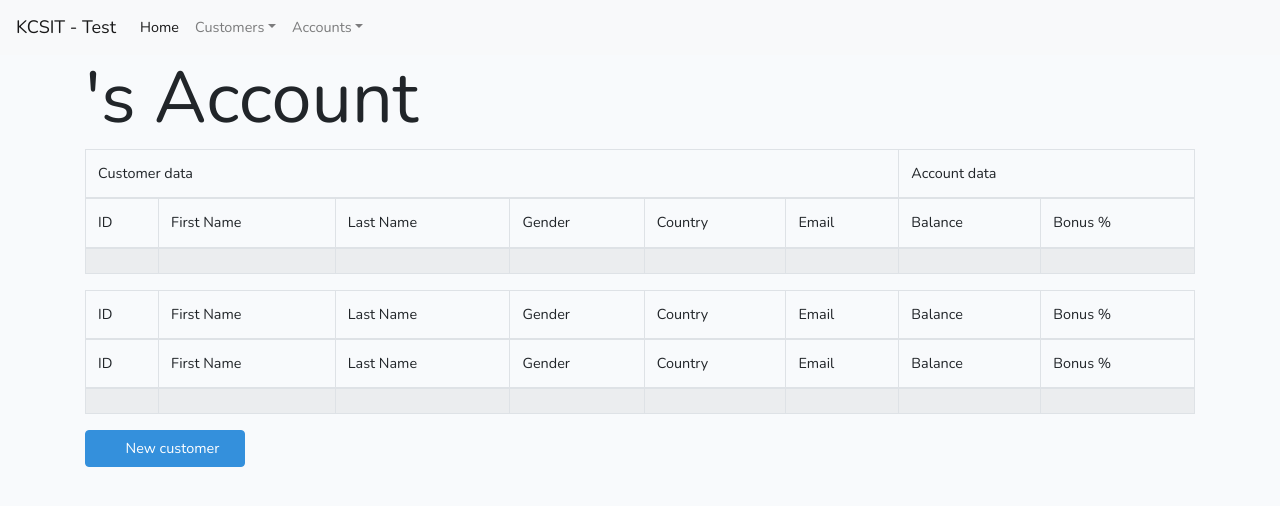
Repository: GilmarBrito/kcsit
Page: resources/views/accounts/index.blade.php
These files come from the project's save history. The page is drawn as it stood at one moment and after the next save; the edit follows.
The browser window is 1280 px wide. The pictures show the whole page.
The page is served by the project's Laravel application, run on PHP 8.4 with Laravel 8. Style sheets and scripts are compiled from the project's sources, by tool versions that may differ from the author's. The template is opened directly, without the code that normally fills it, so the values that code supplies are empty.

Above is the page before, as saved 2020-03-09 02:54:13.
Console error: ReferenceError: $ is not defined

After the next save:
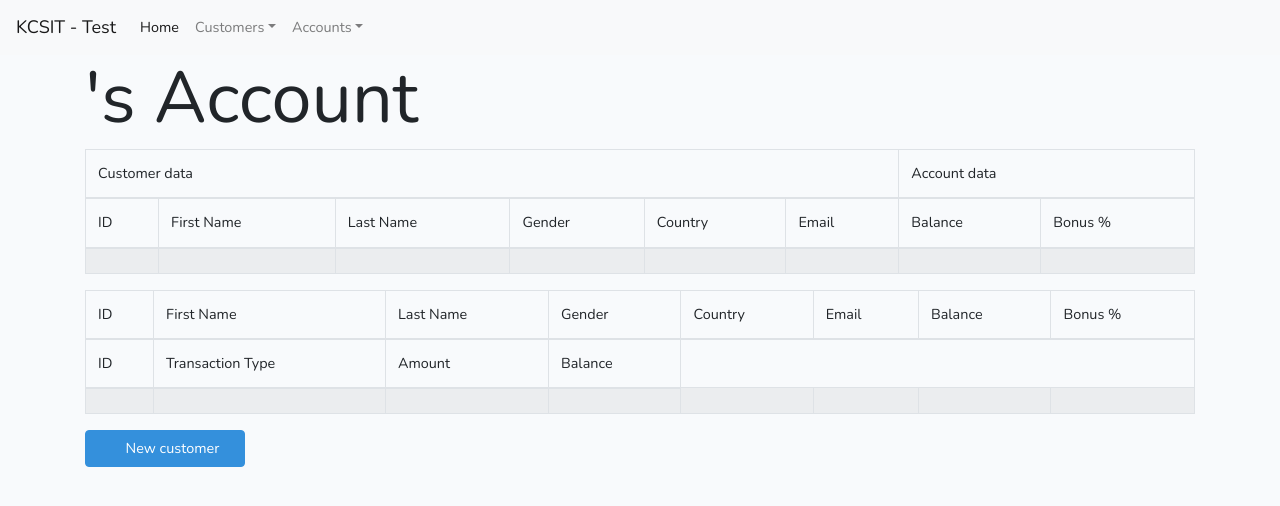
Saved 2 min 27 s later.
--- a/resources/views/accounts/index.blade.php
+++ b/resources/views/accounts/index.blade.php
@@ -55,13 +55,9 @@
                 </tr>
                 <tr>
                     <td>ID</td>
-                    <td>First Name</td>
-                    <td>Last Name</td>
-                    <td>Gender</td>
-                    <td>Country</td>
-                    <td>Email</td>
+                    <td>Transaction Type</td>
+                    <td>Amount</td>
                     <td>Balance</td>
-                    <td>Bonus %</td>
                 </tr>
             </thead>
             <tbody>
